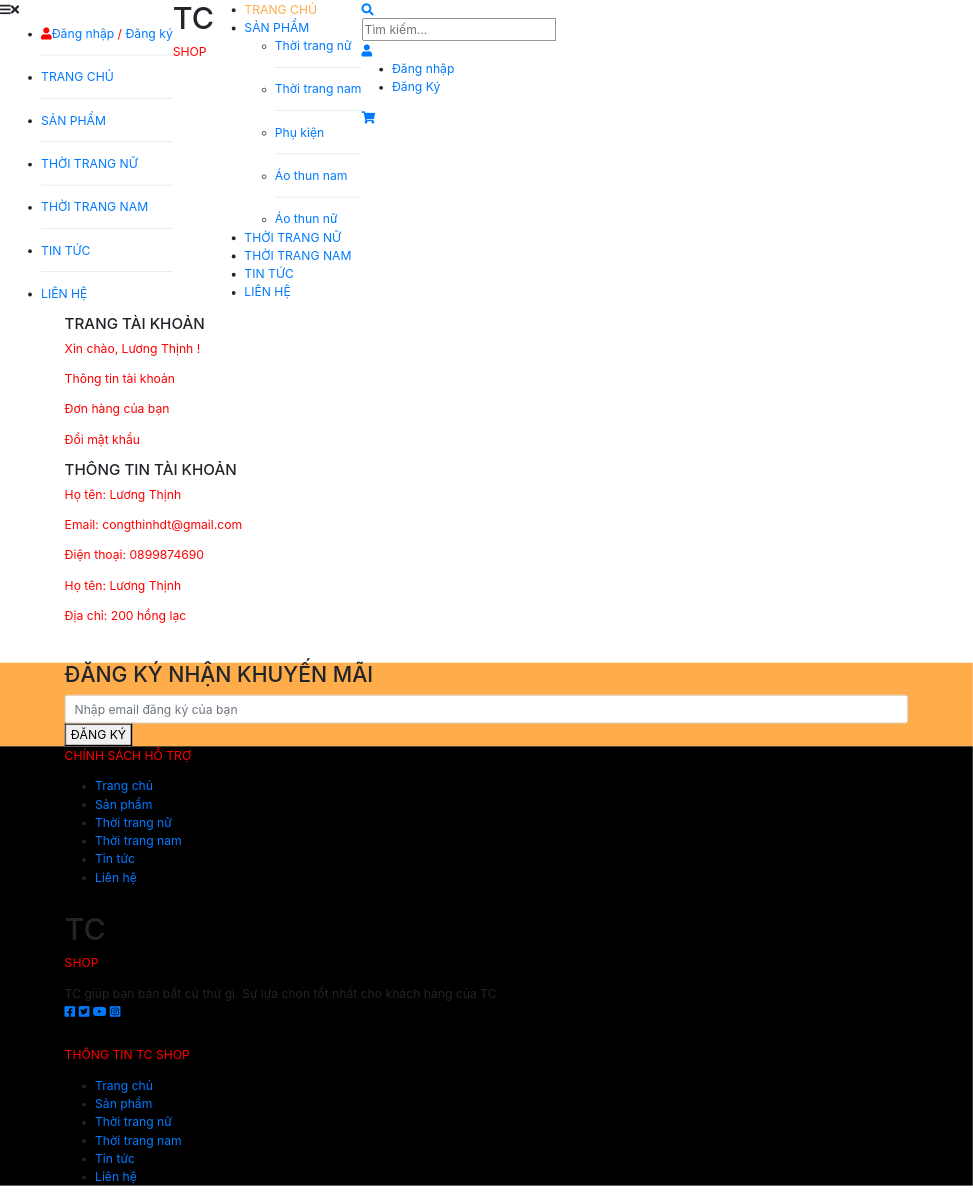
Repository: congthinh1701/TCshop
Page: ThongTinTaiKhoan.html
These files come from the project's save history. The page is drawn as it stood at one moment and after the next save; the edit follows.
The browser window is 1280 px wide. The pictures show the whole page, at 76% of full size.
The style sheet was rebuilt from its Sass, Less or Tailwind sources for each picture, by a compiler version that may differ from the author's.

Above is the page before, as saved 2021-09-08 17:01:50.

### ThongTinTaiKhoan.html
<!DOCTYPE html>
<html lang="en">
<head>
    <meta charset="UTF-8">
    <meta http-equiv="X-UA-Compatible" content="IE=edge">
    <meta name="viewport" content="width=device-width, initial-scale=1.0">
    <title>Document</title>
    <link rel="stylesheet" href="fontawesome-free-5.15.4-web/css/all.css">
    <link rel="stylesheet" href="sass/style.css">
</head>
<body>
    <div id="headerID"> <!-- your header --> </div>
    <div class="container admin">
        <div class="trang-tai-khoan">
            <h5>TRANG TÀI KHOẢN</h5>
            <div class="trang-tai-khoan-hello">
                <p><span>Xin chào, </span>Lương Thịnh !</p>
            </div>
            <div class="trang-tai-khoan-thong-tin">
                <p>Thông tin tài khoản</p>
            </div>
            <div class="trang-tai-khoan-hello">
                <p>Đơn hàng của bạn</p>
            </div>
            <div class="trang-tai-khoan-hello">
                <p>Đổi mật khẩu</p>
            </div>
        </div>
        <div class="thong-tin-tai-khoan">
            <h5>THÔNG TIN TÀI KHOẢN</h5>
            <div class="thong-tin-tai-khoan-name">
                <p><span>Họ tên: </span>Lương Thịnh</p>
                <p><span>Email: </span>congthinhdt@gmail.com</p>
                <p><span>Điện thoại: </span>0899874690</p>
                <p><span>Họ tên: </span>Lương Thịnh</p>
                <p><span>Địa chỉ: </span>200 hồng lạc</p>
            </div>
        </div>
    </div>
    <div id="footerID"> <!-- your header --> </div>
    <script src="https://cdnjs.cloudflare.com/ajax/libs/jquery/3.6.0/jquery.min.js" integrity="sha512-894YE6QWD5I59HgZOGReFYm4dnWc1Qt5NtvYSaNcOP+u1T9qYdvdihz0PPSiiqn/+/3e7Jo4EaG7TubfWGUrMQ==" crossorigin="anonymous" referrerpolicy="no-referrer"></script>
    <script>
        $("#headerID").load("header.html");
        $("#footerID").load("footer.html");
      </script>
</body>
</html>

### header.html
<!DOCTYPE html>
<html lang="en">
<head>
    <meta charset="UTF-8">
    <meta http-equiv="X-UA-Compatible" content="IE=edge">
    <meta name="viewport" content="width=device-width, initial-scale=1.0">
    <title>Document</title>
    <link rel="stylesheet" href="assets/css/style.css">
    <link rel="stylesheet" href="assets/css/base.css">
    <link rel="stylesheet" href="fontawesome-free-5.15.4-web/css/all.css">
    <link rel="stylesheet" href="https://maxcdn.bootstrapcdn.com/bootstrap/4.1.3/css/bootstrap.min.css">
    <script src="https://maxcdn.bootstrapcdn.com/bootstrap/4.1.3/js/bootstrap.min.js"></script>
</head>
<body>
    <div class="container-lg">
        <div class="nav">
            <label for="nav-mobile-input" class="nav_bars-btn">
                <i class="fas fa-bars"></i>
            </label>

            <input hidden type="checkbox" name="" class="nav_input" id="nav-mobile-input">
            <label for="nav-mobile-input" class="nav_overlay"></label>
            <nav class="nav-mobile">
                <label for="nav-mobile-input" class="nav__mobile-close">
                    <i class="fas fa-times"></i>
                </label>
                <ul class="nav__mobile-list">

                    <li class="nav__mobile-list-user">

                        <p><i class="fas fa-user"></i><a href="#">Đăng nhập</a> <span>/</span> <a href="#">Đăng ký</a>
                        </p>
                    </li>
                    <hr>
                    <li>
                        <a href="" class="nav__mobile-link">TRANG CHỦ</a>
                    </li>
                    <hr>
                    <li>
                        <a href="" class="nav__mobile-link">SẢN PHẨM</a>
                    </li>
                    <hr>
                    <li>
                        <a href="" class="nav__mobile-link">THỜI TRANG NỮ</a>
                    </li>
                    <hr>
                    <li>
                        <a href="" class="nav__mobile-link">THỜI TRANG NAM</a>
                    </li>
                    <hr>
                    <li>
                        <a href="" class="nav__mobile-link">TIN TỨC</a>
                    </li>
                    <hr>
                    <li>
                        <a href="" class="nav__mobile-link">LIÊN HỆ</a>
                    </li>
                </ul>
            </nav>
            <div class="nav-logo">
                <h1>TC</h1>
                <p>SHOP</p>
            </div>
            <nav class="nav-pc">
                <ul class="nav__list">
                    <li>
                        <a style="color:#ffac4b" href="home.html" class="nav__link">TRANG CHỦ</a>
                    </li>
                    <li class="options">
                        <a href="" class="nav__link">SẢN PHẨM</a>
                        <div class="nav__link-options">
                            <ul class="nav__link-options-list">
                                <li><a href="#">Thời trang nữ</a></li>
                                <hr>
                                <li><a href="#">Thời trang nam</a></li>
                                <hr>
                                <li><a href="#">Phụ kiện</a></li>
                                <hr>
                                <li><a href="#">Áo thun nam</a></li>
                                <hr>
                                <li><a href="#">Áo thun nữ</a></li>
                            </ul>
                        </div>
                    </li>
                    <li>
                        <a href="" class="nav__link">THỜI TRANG NỮ</a>
                    </li>
                    <li>
                        <a href="" class="nav__link">THỜI TRANG NAM</a>
                    </li>
                    <li>
                        <a href="" class="nav__link">TIN TỨC</a>
                    </li>
                    <li>
                        <a href="" class="nav__link">LIÊN HỆ</a>
                    </li>
                </ul>
            </nav>
            <div class="nav-right">
                <div class="search">
                    <a href="#"><i class="fas fa-search"></i></a>
                    <div class="search-hover">
                        <form>
                            <input class="search" type="text" name="search" placeholder="Tìm kiếm..." />
                        </form>
                    </div>
                </div>
                <div class="user">
                    <a href="#"> <i class="fas fa-user"></i></a>
                    <div class="user-hover">
                        <ul class="user-hover-list">
                            <li class="nav_link"><a href="#">Đăng nhập</a></li>
                            <li><a href="#">Đăng Ký</a></li>
                        </ul>
                    </div>
                </div>
                <div class="shopping">
                    <a href="card.html"><i class="fas fa-shopping-cart"></i></a>

                </div>
            </div>


        </div>
    </div>
</body>
</html>

### footer.html
<!DOCTYPE html>
<html lang="en">
<head>
    <meta charset="UTF-8">
    <meta http-equiv="X-UA-Compatible" content="IE=edge">
    <meta name="viewport" content="width=device-width, initial-scale=1.0">
    <title>Document</title>
    <link rel="stylesheet" href="assets/css/style.css">
    <link rel="stylesheet" href="assets/css/base.css">
    <link rel="stylesheet" href="fontawesome-free-5.15.4-web/css/all.css">
    <link rel="stylesheet" href="https://maxcdn.bootstrapcdn.com/bootstrap/4.1.3/css/bootstrap.min.css">
    <script src="https://maxcdn.bootstrapcdn.com/bootstrap/4.1.3/js/bootstrap.min.js"></script>
</head>
<body>
    <div class="container-lg" style="background-color: #ffac4b; margin-top: 50px;">
        <div class="container dangky">
            <div class="dangky-left">
                <h3>ĐĂNG KÝ NHẬN KHUYẾN MÃI</h3>
            </div>
            <div class="dangky-right">
                <form>
                    <input class="form-control" type="text" placeholder="Nhập email đăng ký của bạn">
                    <button type="button">ĐĂNG KÝ</button>
                </form>
            </div>
        </div>
    </div>

    <div class="container-lg" style="background-color: black">
        <div class="container footer">
            <div class="chinhsach-hotro">
                <p class="header">CHÍNH SÁCH HỖ TRỢ</p>
                <ul class="nav-list">
                    <li class="nav_link"><a href="#">Trang chủ</a></li>
                    <li class="nav_link"><a href="#">Sản phẩm</a></li>
                    <li class="nav_link"><a href="#">Thời trang nữ</a></li>
                    <li class="nav_link"><a href="#">Thời trang nam</a></li>
                    <li class="nav_link"><a href="#">Tin tức</a></li>
                    <li class="nav_link"><a href="#">Liên hệ</a></li>
                </ul>
            </div>
            <hr>
            <div class="ketnoi-shop">
                <h1>TC</h1>
                <p>SHOP</p>
                <span>TC giúp bạn bán bất cứ thứ gì. Sự lựa chọn tốt nhất cho khách hàng của TC</span>
                <div class="mangxahoi">
                    <a href="#"><i class="fab fa-facebook-square"></i></a>
                    <a href="#"><i class="fab fa-twitter-square"></i></a>
                    <a href="#"><i class="fab fa-youtube"></i></a>
                    <a href="#"><i class="fab fa-instagram-square"></i></a>
                </div>
            </div>
            <hr>
            <div class="thongtin-shop">
                <p class="header">THÔNG TIN TC SHOP</p>
                <ul class="nav-list">
                    <li class="nav_link"><a href="#">Trang chủ</a></li>
                    <li class="nav_link"><a href="#">Sản phẩm</a></li>
                    <li class="nav_link"><a href="#">Thời trang nữ</a></li>
                    <li class="nav_link"><a href="#">Thời trang nam</a></li>
                    <li class="nav_link"><a href="#">Tin tức</a></li>
                    <li class="nav_link"><a href="#">Liên hệ</a></li>
                </ul>
            </div>
        </div>
    </div>
</body>
</html>

### assets/css/base.css
:root{
    --primary-color:#EE4D2D;
    --primary-color-rgba:rgb(238,75,43);
    --white-color:#fff;
    --black-color:#000;
    --text-color:#333333;
    --font-weight:700;
    --font-size-product:19px;
    --font-weight-product:400;
    --font-size-price:18px;
    --header-height:120px;
    --navbar-height:34px;
    --header-with-search-height:calc(var(var(--header-height)-var(var(--navbar-height))))

}

### sass/style.scss

$text-color:red;
$text-fontSize:20px;
$text-fontSizeTK:22px;
$fontWeight:500;
p{
    color: $text-color;
}

Loaded but not shown: fontawesome-free-5.15.4-web/css/all.css (library)

After the next save:
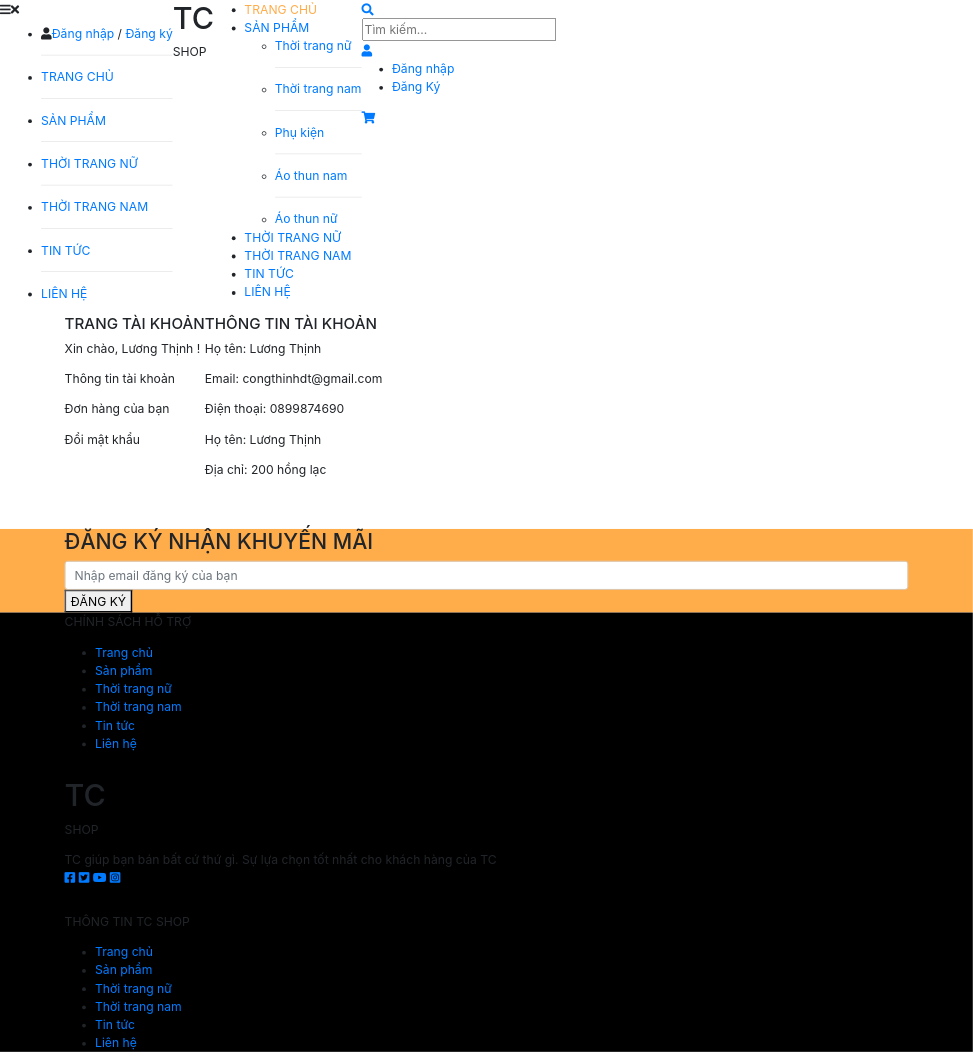
Saved 26 s later.
--- a/sass/style.scss
+++ b/sass/style.scss
@@ -3,6 +3,7 @@ $text-color:red;
 $text-fontSize:20px;
 $text-fontSizeTK:22px;
 $fontWeight:500;
-p{
-    color: $text-color;
+
+.admin{
+    display:flex
 }
